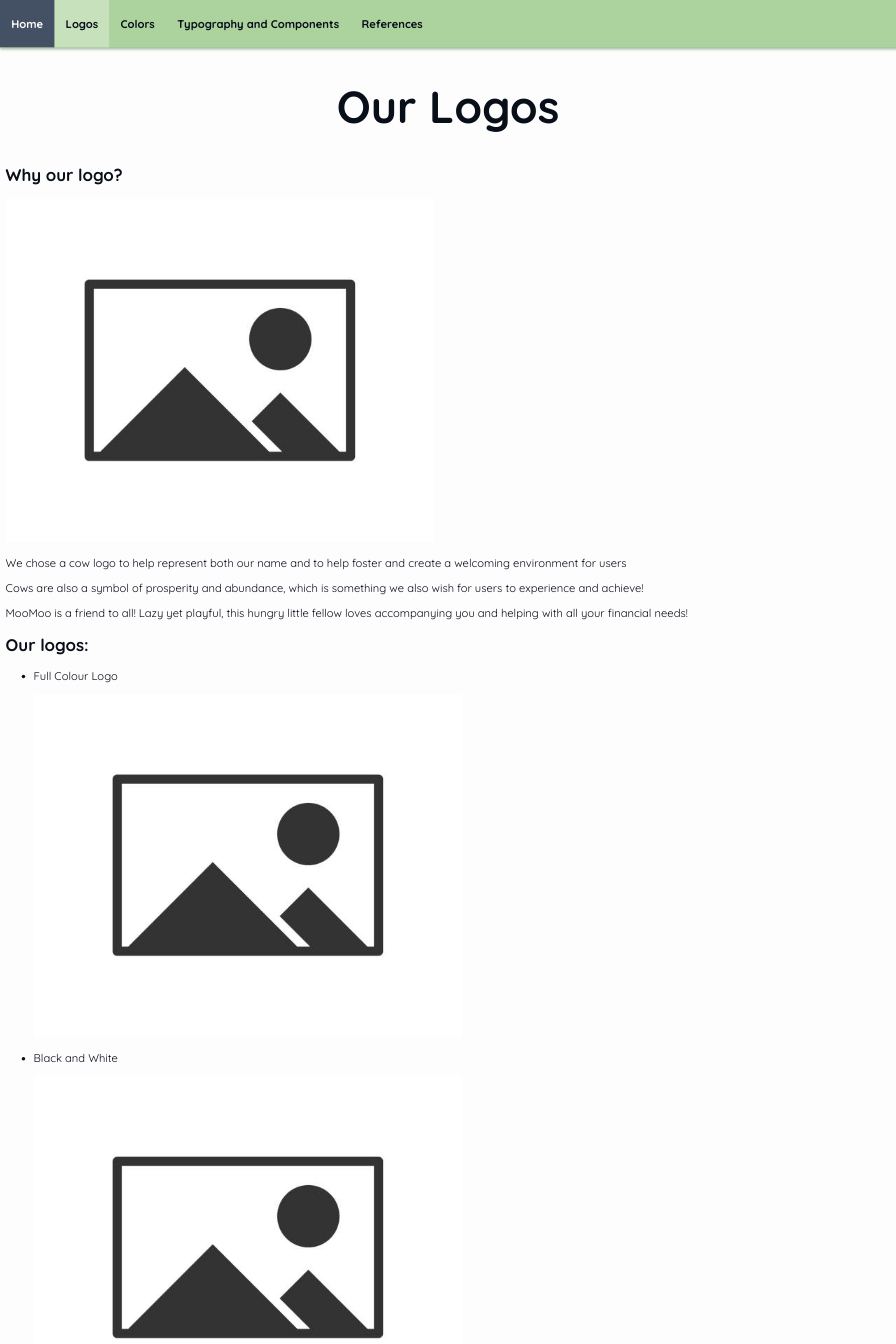
Repository: AlyssaHug/MoolahMate-A5Styleguide
Page: logos.html
An editor plug-in stored every save of this project. The page is shown before and after a run of saves, followed by the edit.
The browser window is 1280 px wide. The pictures show the part of the page from y = 0 to 1920 px (the page is 10914 px tall before and 10752 px after), at 70% of full size.

Above is the page before, as saved 2025-03-31 09:44:44.

After the next 4 saves:
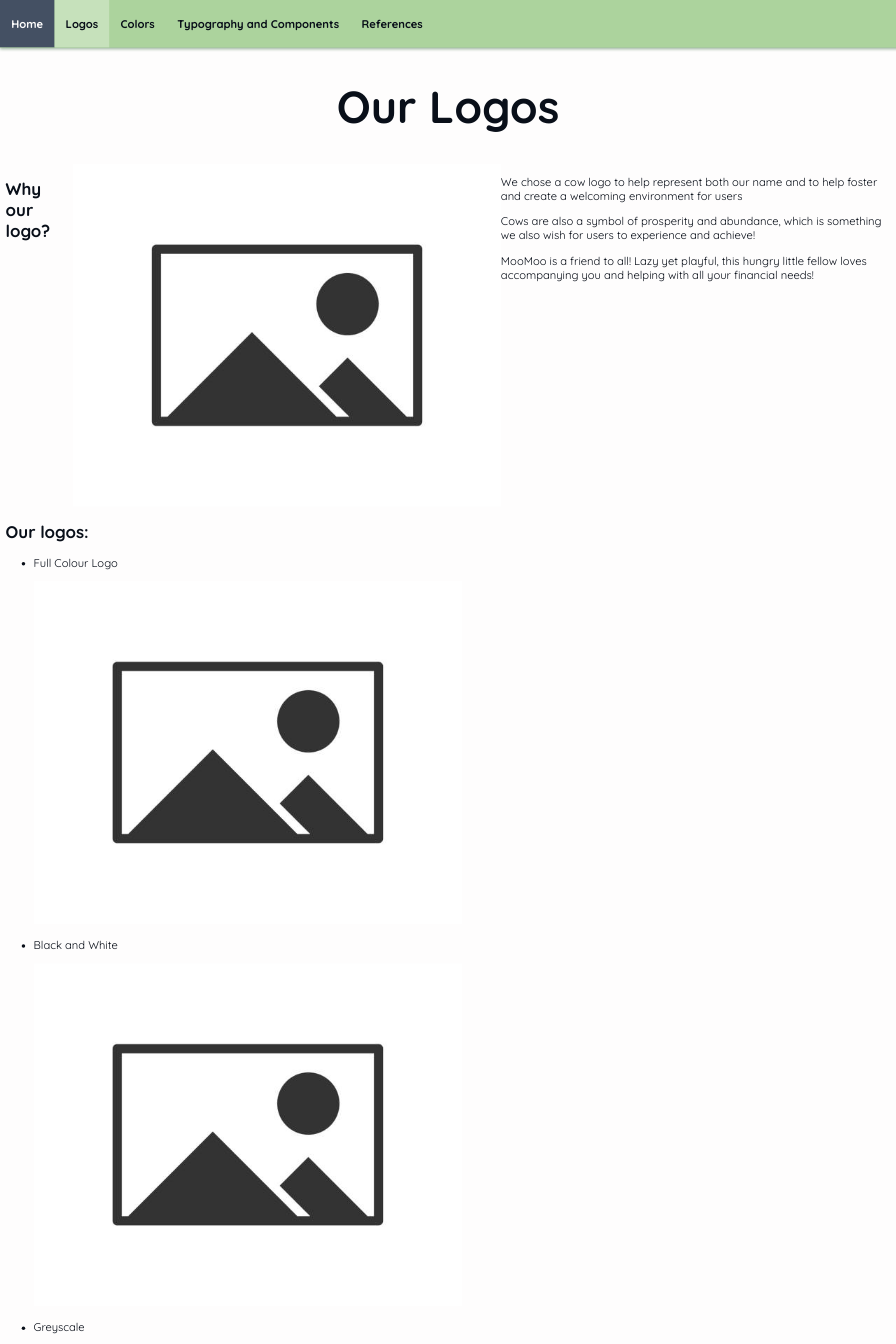
The 4 saves are shown as one change because they came seconds apart.
The last was saved 7 s later.
--- a/Logo-styles.css
+++ b/Logo-styles.css
@@ -3,7 +3,6 @@
     font-size: 4em;
 }
 
-.rationale__title {
+.rationale {
     display: flex;
-
 }
